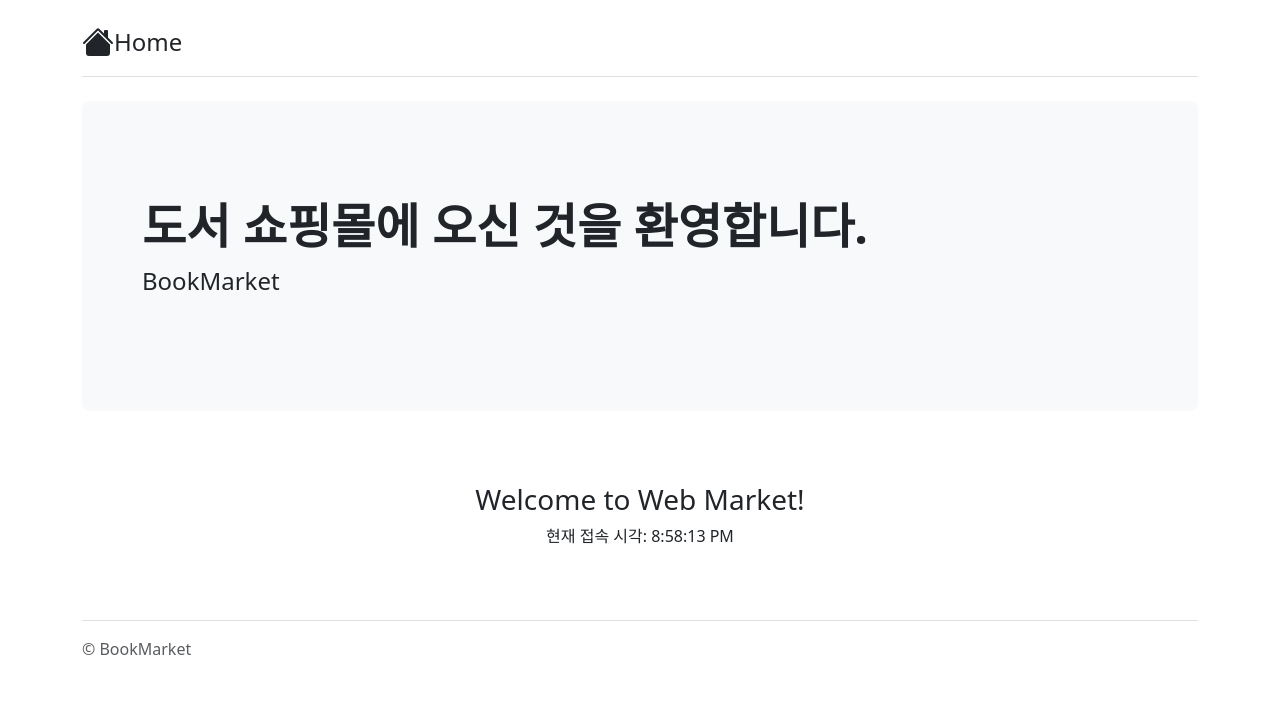
Repository: E-nani95/jsp_portfolio
Page: http://localhost/bookstore/WEB-INF/views/welcome.jsp
The author's editor kept a copy of each file at every save. The page is drawn from the files as they stood at one save, then again after the next save.
The browser window is 1280 px wide. The pictures show the whole page.
The page is served by Tomcat 9. Nobody is signed in. The template is opened directly, without the code that normally fills it, so the values that code supplies are empty.

Above is the page before, as saved 2025-10-09 21:33:14.

After the next save:
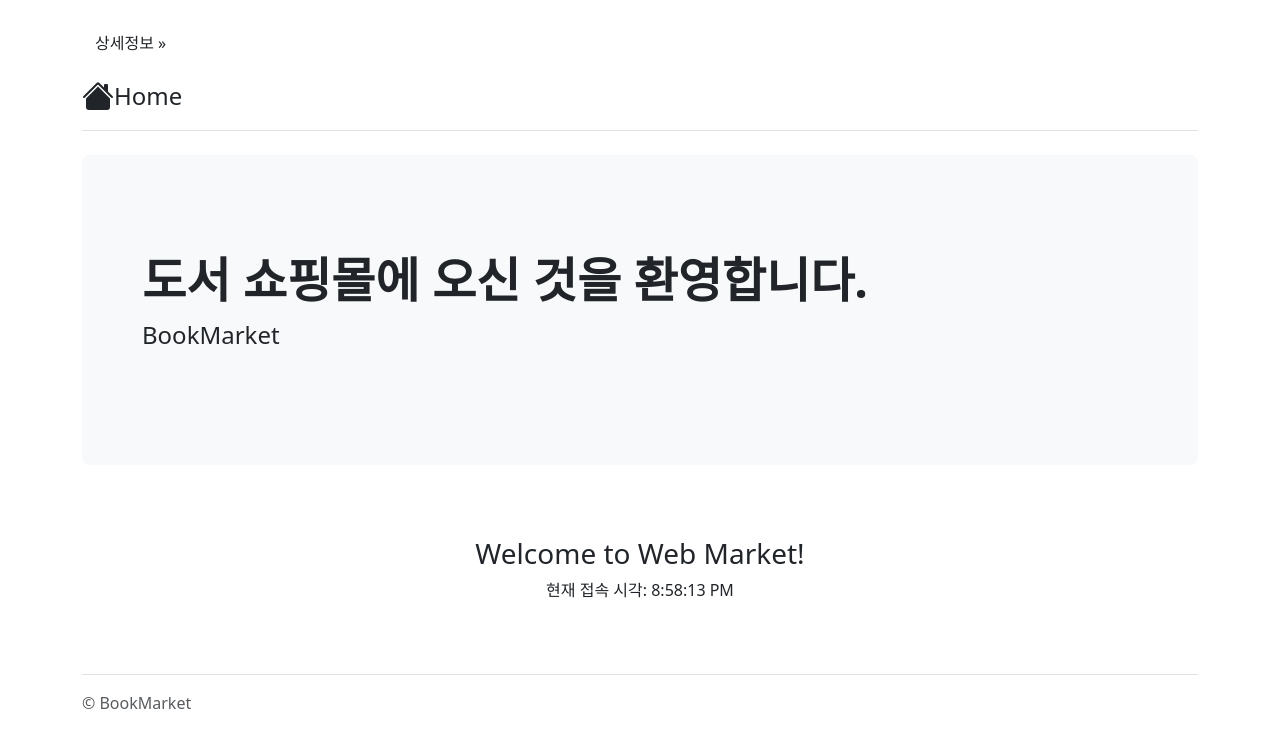
Saved 2 min 29 s later.
--- a/STS_BookStore/bookstore/src/main/webapp/WEB-INF/views/welcome.jsp
+++ b/STS_BookStore/bookstore/src/main/webapp/WEB-INF/views/welcome.jsp
@@ -12,7 +12,7 @@
 </head>
 <body>
 	<div class="container py-4">
-
+<p><a href="books" class="btn btn-secodary" role="button">상세정보 &raquo;</a></p>
 		<%@ include file="menu.jsp"%>
 		<%!String greeting = "도서 쇼핑몰에 오신 것을 환영합니다.";
 	String tagline = "Welcome to Web Market!";%>
